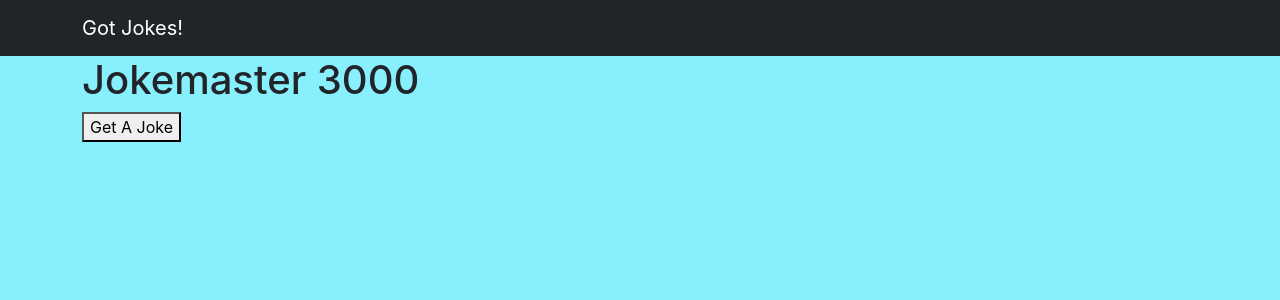
Repository: jontslater/LAB-joke-generator-react
Page: /
The author's editor kept a copy of each file at every save. The page is drawn from the files as they stood at one save, then again after the next save.
The browser window is 1280 px wide. The pictures show the whole page.
The page's requests for data from a server got no answer. The project was rebuilt for these pictures with package versions that can differ from the ones it lists, and the page was loaded fresh each time. The framework's server and built-in components were replaced by stand-ins that run in the browser. No one was signed in, and anything a server would have sent is missing. Also part of the build but not shown: next.config.js.

Above is the page before, as saved 2024-01-09 17:09:11.

After the next save:
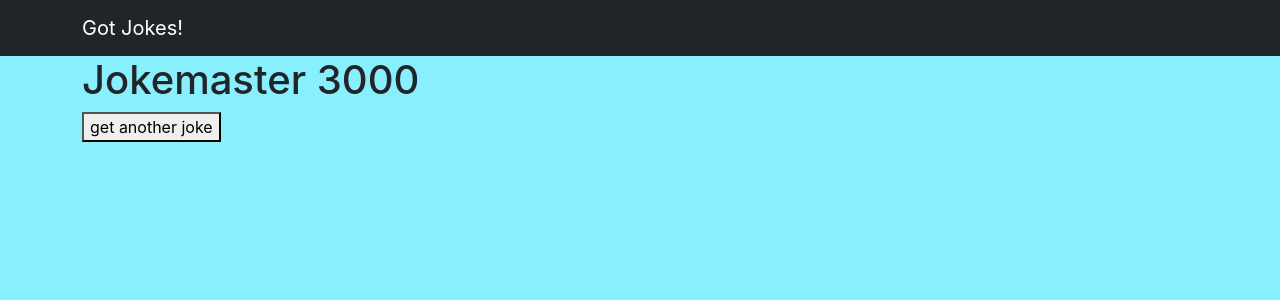
Saved 6 s later.
--- a/components/Jokes.js
+++ b/components/Jokes.js
@@ -7,6 +7,7 @@
       .then((data) => {
         setJokes([...jokes, data.setup, data.delivery]);
       });
+    setButtonText('get another joke');
   }
   const [jokes, setJokes] = useState([]);
   useEffect(() => {

After the save that followed:
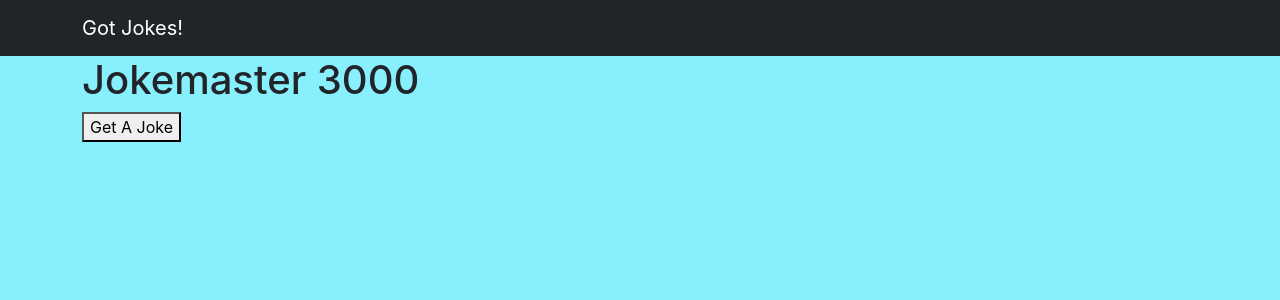
Saved 48 s later.
--- a/components/Jokes.js
+++ b/components/Jokes.js
@@ -7,7 +7,6 @@
       .then((data) => {
         setJokes([...jokes, data.setup, data.delivery]);
       });
-    setButtonText('get another joke');
   }
   const [jokes, setJokes] = useState([]);
   useEffect(() => {
@@ -15,7 +14,7 @@
   }, []);
 
   const handleClick = () => {
-
+    setButtonText('get another joke');
   };
 
   const initialValue = 'Get A Joke';
